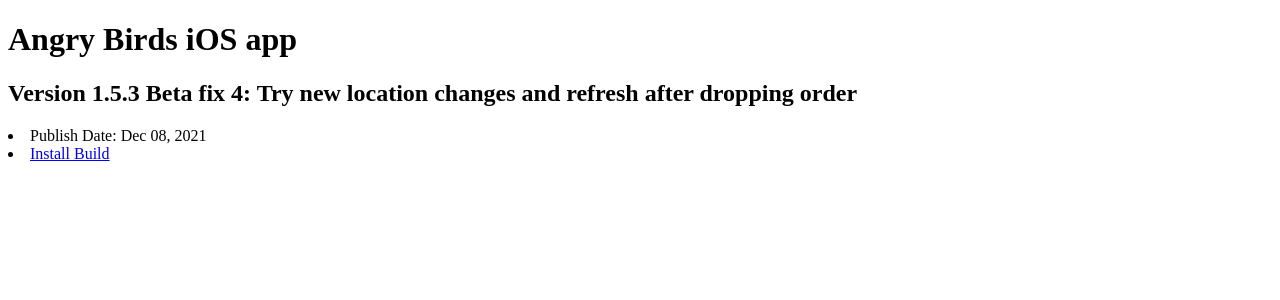
Repository: KhoKhoCrunch/KhoKhoCrunch.github.io
Page: rrplus/index.html
An editor plug-in stored every save of this project. The page is shown before and after the next save, followed by the edit.
The browser window is 1280 px wide. The pictures show the whole page.

Above is the page before, as saved 2021-12-20 22:12:12.

After the next save:
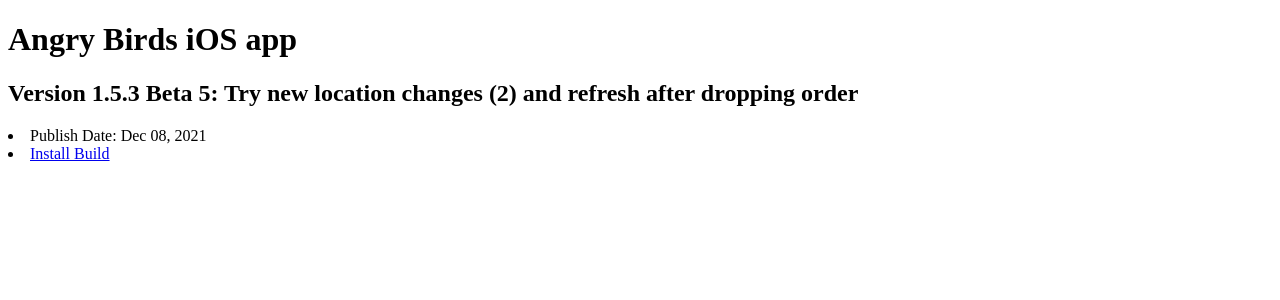
Saved 36 min 38 s later.
--- a/rrplus/index.html
+++ b/rrplus/index.html
@@ -6,7 +6,7 @@
     </head>
     <body>
       <h1>Angry Birds iOS app</h1>
-      <h2>Version 1.5.3 Beta fix 4: Try new location changes and refresh after dropping order</h2>
+      <h2>Version 1.5.3 Beta 5: Try new location changes (2) and refresh after dropping order</h2>
 
         <li>
           Publish Date: Dec 08, 2021
